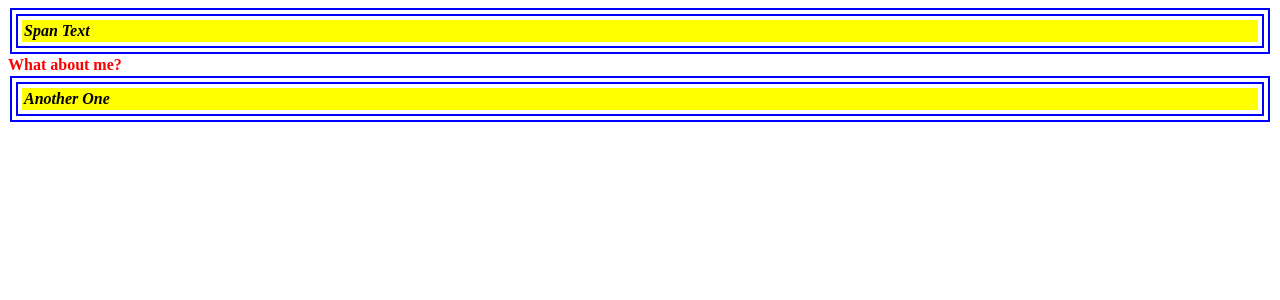
Repository: reohong/JQuery
Page: demo/src/main/resources/static/Jquery_0505.html
The author's editor kept a copy of each file at every save. The page is drawn from the files as they stood at one save, then again after a run of saves.
The browser window is 1280 px wide. The pictures show the whole page.

Above is the page before, as saved 2021-05-05 05:10:39.

### demo/src/main/resources/static/Jquery_0505.html
<!DOCTYPE html>
<html>
<head>
<meta charset="EUC-KR">
<title></title>
<style>
            div {
                border:2px blue solid;
                margin:2px;
                padding:2px;
            }
            p {
                background:yellow;
                margin:2px;
                padding:2px;
            }
            strong {
                color:red;
            }
        </style>
<script src="http://code.jquery.com/jquery-latest.js"></script>
</head>
<body>

	<!-- <p> I would like to say :</p>
	<script type="text/javascript"> $("p").after("<b>Hello</b>");</script>
	<script type="text/javascript"> $("p").append("<strong>Hello</strong>");</script> -->

	<span>Span Text</span>
	<strong>What about me?</strong>
	<span>Another One</span>
	<script>$("span").wrap("<div><div><p><em><b></b></em></p></div></div>");</script>
</body>
</html>

After the next 2 saves:
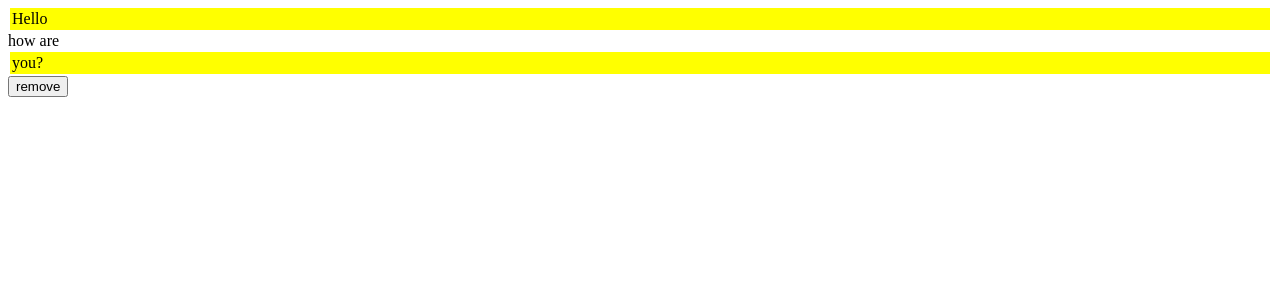
The 2 saves are shown as one change because they came seconds apart.
The last was saved 11 min 20 s later.
--- a/demo/src/main/resources/static/Jquery_0505.html
+++ b/demo/src/main/resources/static/Jquery_0505.html
@@ -26,9 +26,20 @@
 	<script type="text/javascript"> $("p").after("<b>Hello</b>");</script>
 	<script type="text/javascript"> $("p").append("<strong>Hello</strong>");</script> -->
 
-	<span>Span Text</span>
+	<!-- <span>Span Text</span>
 	<strong>What about me?</strong>
 	<span>Another One</span>
-	<script>$("span").wrap("<div><div><p><em><b></b></em></p></div></div>");</script>
+	<script>$("span").wrap("<div><div><p><em><b></b></em></p></div></div>");</script> -->
+
+	<p>Hello</p>
+	how are
+	<p>you?</p>
+	<button>remove</button>
+
+	<script>
+		$("button").click(function(){
+			$("p").remove();
+		});
+	</script>
 </body>
 </html>
